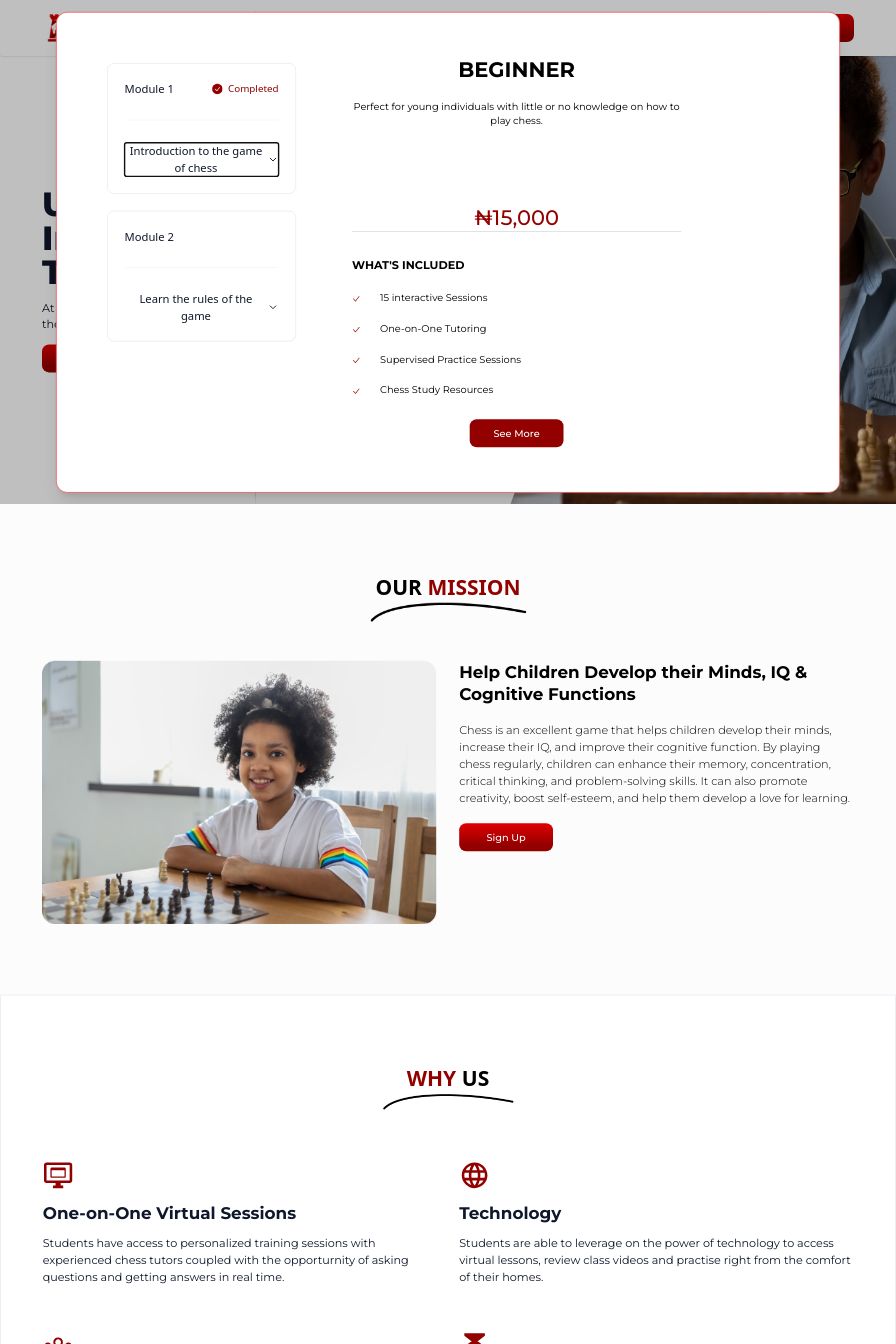
Repository: CelestinaUwajeh/chess-champ-fe
Page: /, after clicking the first element matching `button.w-\[134px\]`
An editor plug-in stored every save of this project. The page is shown before and after the next save, followed by the edit.
The browser window is 1280 px wide. The pictures show the part of the page from y = 0 to 1920 px (the page is 4303 px tall), at 70% of full size.
The project was rebuilt for these pictures with package versions that can differ from the ones it lists, and the page was loaded fresh each time. The framework's server and built-in components were replaced by stand-ins that run in the browser. Also part of the build but not shown: next.config.js, app/(dashboard)/parent/child/[id]/progress/highlight.tsx, app/(dashboard)/parent/child/[id]/progress/attendance.tsx, components/ui/progress.tsx, app/(dashboard)/parent/child/[id]/progress/percentage.tsx, app/(dashboard)/parent/child/[id]/progress/points.tsx, app/(dashboard)/parent/child/[id]/progress/page.tsx.

Above is the page before, as saved 2023-08-09 22:01:16.

### app/layout.tsx
import "./globals.css";
import "slick-carousel/slick/slick.css";
import "slick-carousel/slick/slick-theme.css";

export const metadata = {
  title: "Chess Champs",
  description: "Learn to play chess",
};

export default function RootLayout({
  children,
}: {
  children: React.ReactNode;
}) {
  return (
    <html lang="en">
      <body>{children}</body>
    </html>
  );
}

### app/(public)/layout.tsx
import Navigator from "./navigator";
import Footer from "./footer";

export const metadata = {
  title: "Chess Champs",
  description: "Learn to play chess",
};

export default function PublicLayout({
  children,
}: {
  children: React.ReactNode;
}) {
  return (
    <main>
      <Navigator />
      {children}
      <Footer />
    </main>
  );
}

### app/(public)/navigator/index.tsx
"use client";

import Image from "next/image";
import Link from "next/link";
import { AiOutlineClose, AiOutlineMenu } from "react-icons/ai";
import { useState } from "react";

import { usePageOnScroll } from "@/hooks/usePageOnScroll";
import logo from "/public/logo.png";
import NavLinks from "./links";
import AppButton from "@/components/button";
import MobileNav from "./mobile-nav";

const Navigator = () => {
  const scrolling = usePageOnScroll();
  const [showMenu, setShowMenu] = useState(false);

  return (
    <nav
      className={`flex justify-between items-center px-3 lg:px-[60px] h-14 rounded bg-white lg:h-20 sticky right-0 left-0 top-0 z-30 ${
        scrolling ? "shadow-lg" : "shadow"
      }`}
    >
      <Link href={"/"}>
        <Image src={logo} alt="AjoCard Logo" className="h-7 w-auto lg:h-auto" />
      </Link>
      <MobileNav showMenu={showMenu} setShowMenu={setShowMenu} />

      <NavLinks />

      <div
        onClick={() => setShowMenu(!showMenu)}
        className="lg:hidden cursor-pointer"
      >
        {!showMenu ? (
          <AiOutlineMenu size="1.5em" />
        ) : (
          <AiOutlineClose size="1.5em" />
        )}
      </div>

      <div className="hidden lg:flex items-center gap-5">
        <Link href={"/signin"} className="text-main no-underline font-medium">
          Login
        </Link>
        <AppButton
          isLink
          to={`/signup`}
          size="medium"
          variant="primary"
          width="w-[97px]"
        >
          Sign Up
        </AppButton>
      </div>
    </nav>
  );
};

export default Navigator;

### app/(public)/footer/index.tsx
"use client";

import React from "react";
import Link from "next/link";

import { navLinks } from "../navigator/links";
import { socials } from "./socials";

const Footer = () => {
  return (
    <footer className=" bg-footerGrey pt-20 pb-9 px-3 lg:px-[60px] font-mont">
      <div className="flex flex-col lg:flex-row lg:items-center justify-between gap-6 lg:gap-0 mb-3">
        <div className="flex-1 grid grid-cols-2 lg:flex items-center gap-6 lg:gap-12">
          {navLinks.map((link) => (
            <Link
              key={link.name}
              href={link.link}
              className="capitalize font-medium hover:text-main transition-all"
            >
              {link.name}
            </Link>
          ))}
        </div>
        <div className="flex items-center gap-12">
          {socials.map((social) => (
            <a key={social.link} href={social.link}>
              {social.icon}
            </a>
          ))}
        </div>
      </div>
      <div className="h-[1px] w-full bg-[#CAC3B3]"></div>
      <div className="flex flex-col 2xl:flex-row mt-20">
        <div className="flex-1 flex justify-center 2xl:justify-start items-center gap-12 text-main">
          <Link href="/terms">Terms of Service</Link>
          <Link href="/terms">Privacy Policy</Link>
        </div>
        <small className="text-sm text-center 2xl:text-start mt-4">
          &copy; {new Date().getFullYear()} Chess Champs. All rights reserved.
        </small>
      </div>
    </footer>
  );
};

export default Footer;

### components/hero/index.tsx
import Image, { StaticImageData } from "next/image";
import AppButton from "../button";

interface PropType {
  data: {
    image: string;
    smImageSrc: StaticImageData;
    header: string;
    description: string;
    link?: {
      href: string;
      text: string;
    };
  };
}

const Hero = ({ data }: PropType) => {
  const {
    image,
    header,
    description,
    smImageSrc,
    link: { href, text } = { href: "", text: "" },
  } = data || {};

  return (
    <section className="">
      <div
        className={`bg-white ${image} hero lg:bg-[length:auto_100%] xl:bg-[length:55%_100%] bg-no-repeat bg-right pt-11 lg:pt-0 lg:h-[calc(100vh-80px)] overflow-hidden`}
      >
        <div className="h-full flex flex-col justify-center lg:max-w-xl xl:max-w-2xl px-3 xl:pr-0 xl:pl-[60px] gap-4 z-20 relative">
          <h1 className="font-mont font-extrabold  text-4xl lg:text-5xl">
            {header}
          </h1>
          <p className="font-mont text-sm lg:text-base">{description}</p>
          {href ? (
            <AppButton
              isLink
              to={href}
              size="medium"
              width="w-[134px]"
              variant="primary"
            >
              {text}
            </AppButton>
          ) : null}
        </div>
      </div>
      <Image
        src={smImageSrc}
        alt="image"
        className=" w-full h-auto lg:hidden"
      />
    </section>
  );
};

export default Hero;

### components/mission-section/index.tsx
import Image, { StaticImageData } from "next/image";
import AppButton from "../button";

interface PropType {
  data: {
    image: StaticImageData;
    header: string;
    text: string[];
    founder?: {
      name: string;
      title: string;
    };
    hasButton?: {
      text: string;
      url: string;
    };
  };
}

const MissionSection = ({
  data: { image, header, text, founder, hasButton },
}: PropType) => {
  return (
    <div className="flex flex-col lg:flex-row gap-8 justify-center">
      <Image src={image} alt="image" className="flex-1" />
      <div className="flex-1">
        <h3 className="font-mont font-semibold text-lg lg:text-2xl mb-6 text-black">
          {header}
        </h3>
        <div className="flex flex-col gap-4 font-mont text-sm lg:text-base">
          {text.map((item, index) => {
            return (
              <p className="font-light text-black" key={index}>
                {item}
              </p>
            );
          })}
        </div>
        <>
          {founder && (
            <p className="mt-6">
              <span className="font-bold font-mont">{founder.name}</span>{" "}
              <span className="font-light">{founder.title}</span>
            </p>
          )}
        </>
        {hasButton && (
          <div className="mt-6">
            <AppButton
              isLink
              size="medium"
              variant="primary"
              width="w-[134px]"
              to={hasButton.url}
            >
              {hasButton.text}
            </AppButton>
          </div>
        )}
      </div>
    </div>
  );
};

export default MissionSection;

### components/page-section_header/index.tsx
import Image, { StaticImageData } from "next/image";
import stroke from "/public/stroke.png";

interface PropType {
  data: {
    leftText: string;
    rightText?: string;
    sideToColor?: "left" | "right";
    strokeWidth?: string;
    extraStyles?: string;
    icon?: StaticImageData;
  };
}

const PageSectionHeader = ({
  data: {
    leftText,
    rightText = "",
    sideToColor = "left",
    strokeWidth = "w-auto",
    extraStyles = "",
    icon,
  },
}: PropType) => {
  return (
    <div
      className={`${extraStyles} flex items-center justify-center flex-col gap-1`}
    >
      <span className="flex items-center text-3xl text-black gap-2 uppercase font-bold">
        {icon ? <Image src={icon} alt={leftText} /> : null}
        <h3 className={`${sideToColor === "left" ? "text-main" : ""}`}>
          {leftText}
        </h3>
        <h3 className={`${sideToColor === "right" ? "text-main" : ""}`}>
          {rightText}
        </h3>
      </span>
      <Image src={stroke} alt="stroke" className={`${strokeWidth}`} />
    </div>
  );
};

export default PageSectionHeader;

### app/(public)/why-it-works.ts
import comp from "/public/comp.svg";
import medal from "/public/medal.svg";
import tech from "/public/tech.svg";
import comm from "/public/comm.svg";
import { ListCarPropType } from "@/components/list-card";

export const whyItWorks: ListCarPropType["data"]["items"] = [
  {
    listType: comp,
    header: "One-on-One Virtual Sessions",
    text: "Students have access to personalized training sessions with experienced chess tutors coupled with the opporturnity of asking questions and getting answers in real time.",
  },
  {
    listType: tech,
    header: "Technology",
    text: "Students are able to leverage on the power of technology to access virtual lessons, review class videos and practise right from the comfort of their homes.",
  },
  {
    listType: comm,
    header: "Community",
    text: "We are building a community where students can interact with one another over agame of chess from the comfort of their homes.",
  },
  {
    listType: medal,
    header: "Tournament",
    text: "Students have the opportunity to showcase their knowledge at the Chess Champs tournament.",
  },
];

### components/testimonial/demo-test.ts
import ngozi from "/public/ngozi.png";
import amaka from "/public/amaka.png";
import { StaticImageData } from "next/image";

export interface TestimonyTypes {
  name: string;
  testimony: string;
  image: StaticImageData;
}

export const testimonies: TestimonyTypes[] = [
  {
    name: "Tobi Oluwaseun",
    testimony:
      "Since i have started my child on chess lessons with Chess Champs, I have noticed a remarkable improvement in my child's level of reasoning. I see the delibrate act of thinking before speaking",
    image: ngozi,
  },
  {
    name: "Thelma Brown",
    testimony:
      "My daughter's level of concentration has greatly improved since enrolling her into the Chess Champs programme",
    image: amaka,
  },
];

### app/(public)/pricing-section.tsx
import PricingCard from "@/components/pricing-card";
import { PricingDto } from "./pricing";

interface PropType {
  data: PricingDto[];
}

const Pricing = ({ data }: PropType) => {
  return (
    <div className="inline-grid grid-cols-3 gap-10 lg:gap-[71px] auto-rows-[1fr]">
      {data.map((pricing) => (
        <div
          className="col-span-3 md:col-span-2 xl:col-span-1"
          key={pricing.name}
        >
          <PricingCard data={pricing} />
        </div>
      ))}
    </div>
  );
};

export default Pricing;

### app/(public)/pricing.ts
export interface PricingDto {
  name: string;
  description: string;
  price: string;
  perks: string[];
  link: string;
}

export const pricing: PricingDto[] = [
  {
    name: "Beginner",
    description:
      "Perfect for young individuals with little or no knowledge on how to play chess.",
    price: "15000",
    perks: [
      "15 interactive Sessions",
      "One-on-One Tutoring",
      "Supervised Practice Sessions",
      "Chess Study Resources",
    ],
    link: "/beginner",
  },
  {
    name: "Intermediate",
    description:
      "Students would be taught key concepts, tactics and forcing moves.",
    price: "25000",
    perks: [
      "20 interactive Sessions",
      "One-on-One Tutoring",
      "Supervised Practice Sessions",
      "Chess Study Resources",
      "Automatic Entry to Annual Tournament",
    ],
    link: "/intermediate",
  },
  {
    name: "Advanced",
    description:
      "Students would be taught how take complete control while playing chess with strategies like key openings, advanced tactics and endgame patterns.",
    price: "30000",
    perks: [
      "20 interactive Sessions",
      "One-on-One Tutoring",
      "Supervised Practice Sessions",
      "Chess Study Resources",
      "Automatic Entry to Annual Tournament",
      "10% discount on purchased chess items",
    ],
    link: "/advanced",
  },
];

### components/testimonial/index.tsx
"use client";

import Slider from "react-slick";
import { useMediaQuery } from "usehooks-ts";

import { TestimonyTypes } from "./demo-test";
import TestimonialCard from "./testimonial-card";

interface PropType {
  data: TestimonyTypes[];
}
const Testimonials = ({ data }: PropType) => {
  const matches = useMediaQuery("(min-width: 768px)");
  const settings = {
    customPaging: function (i: number) {
      return (
        <span>
          <div className="w-5 h-5 bg-lightGrey rounded-full"></div>
        </span>
      );
    },
    dots: true,
    infinite: true,
    speed: 500,
    slidesToShow: matches ? 2 : 1,
    slidesToScroll: 1,
    autoplay: true,
    autoplaySpeed: 2000,
    swipeToSlide: true,
    dotsClass: "slick-dots slick-thumb",
    className: "slick-div",
  };

  return (
    <div className="mt-12 mb-12">
      <Slider {...settings} className="">
        {data.map((testimony) => (
          <TestimonialCard key={testimony.name} data={testimony} />
        ))}
        {data.map((testimony) => (
          <TestimonialCard key={testimony.name} data={testimony} />
        ))}
      </Slider>
    </div>
  );
};

export default Testimonials;

### hooks/usePageOnScroll.ts
import { useScroll, useMotionValueEvent } from "framer-motion";
import { useState } from "react";

export const usePageOnScroll = () => {
  const [onScroll, setOnScroll] = useState(false);

  const { scrollY } = useScroll();

  useMotionValueEvent(scrollY, "change", (latest) => {
    if (onScroll) {
      if (latest > 0) return;
      return setOnScroll(latest > 0);
    }
    setOnScroll(latest > 0);
  });

  return onScroll;
};

### app/(public)/navigator/links.tsx
"use client";

import Link from "next/link";
import { usePathname } from "next/navigation";

export const navLinks = [
  {
    name: "About Us",
    link: "about",
  },
  {
    name: "Services",
    link: "services",
  },
  {
    name: "How it works",
    link: "how-it-works",
  },
  {
    name: "Tutors",
    link: "tutors",
  },
  {
    name: "Call For Sponsors",
    link: "sponsor",
  },
  {
    name: "Chess Items",
    link: "chess-items",
  },
  {
    name: "Contact Us",
    link: "contact-us",
  },
];
const NavLinks = () => {
  const pathname = usePathname();

  return (
    <div className="hidden lg:flex flex-col lg:flex-row items-start lg:items-center justify-center gap-4 lg:gap-8 font-mont">
      {navLinks.map((link) => {
        const isActive = pathname.endsWith(link.link);

        return (
          <Link
            href={link.link}
            key={link.name}
            className={`${
              isActive ? "text-main" : "text-black"
            } no-underline font-medium text-[15px] hover:text-main transition-all`}
          >
            {link.name}
          </Link>
        );
      })}
    </div>
  );
};

export default NavLinks;

### app/(public)/footer/socials.tsx
import { FiFacebook, FiTwitter, FiInstagram } from "react-icons/fi";

export const socials = [
  {
    link: "https://facebook.com",
    icon: <FiFacebook className="text-main w-6 h-auto" />,
  },
  {
    link: "https://instagram.com",
    icon: <FiInstagram className="text-main w-6 h-auto" />,
  },
  {
    link: "https://twitter.com",
    icon: <FiTwitter className="text-main w-6 h-auto" />,
  },
];

### components/testimonial/testimonial-card.tsx
import Image from "next/image";
import { TestimonyTypes } from "./demo-test";
import { Avatar, AvatarFallback } from "@/components/ui/avatar";

interface PropTypes {
  data: TestimonyTypes;
}

const TestimonialCard = ({ data }: PropTypes) => {
  const { image, name, testimony } = data || {};
  return (
    <div className="rounded-[20px] p-7 bg-lightGrey mx-3 min-h-[180px]">
      <span className="flex gap-4 items-center">
        <Avatar>
          <Image src={image} alt={"img"} />
          <AvatarFallback>{`${name[0]}`}</AvatarFallback>
        </Avatar>
        <span className="font-semibold">{name}</span>
      </span>
      <span className="mt-3">{testimony}</span>
    </div>
  );
};

export default TestimonialCard;

### utils/index.ts
import { toast } from "react-toastify";

export const formatCurrency = (
  number: number,
  { noDecimals }: { noDecimals: boolean }
) =>
  new Intl.NumberFormat("en-NG", {
    style: "currency",
    currency: "NGN",
    ...(noDecimals && { maximumFractionDigits: 0 }),
  }).format(number);

export const showToast = ({
  message,
  type,
}: {
  message: string;
  type: "error" | "success" | "warning" | "info" | "default" | "loading";
}) => {
  toast(message, {
    position: "top-right",
    autoClose: 5000,
    hideProgressBar: false,
    closeOnClick: true,
    pauseOnHover: true,
    draggable: true,
    progress: undefined,
    theme: "colored",
    type: type !== "loading" ? type : "default",
  });
};

### components/pricing-card/modal-content.tsx
import Module from "@/app/(dashboard)/parent/child/[id]/progress/module";
import { modules } from "@/app/(dashboard)/parent/child/[id]/progress/page";
import { PricingDto } from "@/app/(public)/pricing";
import PricingCard from ".";

interface PropType {
  data: PricingDto;
}

const ModalContent = ({ data }: PropType) => {
  return (
    <div className="flex w-[900px]">
      <div>
        <Module modules={modules} />
      </div>
      <div>
        <PricingCard data={data} />
      </div>
    </div>
  );
};

export default ModalContent;

### components/dialogue/index.tsx
import { Dialog, Transition } from "@headlessui/react";
import { Fragment, useState } from "react";

interface IPropType {
  open: boolean;
  setOpen: (value: boolean) => void;
  children: React.ReactNode;
  displayCloseIcon?: boolean;
  isOverlayActive?: boolean;
}

export default function Dialogue({
  open,
  setOpen,
  children,
  displayCloseIcon,
  isOverlayActive,
}: IPropType) {
  return (
    <Transition appear show={open} as={Fragment}>
      <Dialog as="div" className="relative z-50" onClose={setOpen}>
        <Transition.Child
          as={Fragment}
          enter="ease-out duration-300"
          enterFrom="opacity-0"
          enterTo="opacity-100"
          leave="ease-in duration-200"
          leaveFrom="opacity-100"
          leaveTo="opacity-0"
        >
          <div className="fixed inset-0 bg-black bg-opacity-25" />
        </Transition.Child>
        <div className="fixed inset-0 overflow-y-auto">
          <div className="flex min-h-full items-center justify-center p-4 text-center">
            <Transition.Child
              as={Fragment}
              enter="ease-out duration-300"
              enterFrom="opacity-0 scale-95"
              enterTo="opacity-100 scale-100"
              leave="ease-in duration-200"
              leaveFrom="opacity-100 scale-100"
              leaveTo="opacity-0 scale-95"
            >
              <Dialog.Panel className="min-w-[1120px] max-w-md transform overflow-hidden rounded-2xl bg-white p-6 text-left align-middle shadow-xl transition-all border border-red-500 border-solid">
                {children}
              </Dialog.Panel>
            </Transition.Child>
          </div>
        </div>
      </Dialog>
    </Transition>
  );
}

### components/ui/avatar.tsx
"use client";

import * as React from "react";
import * as AvatarPrimitive from "@radix-ui/react-avatar";

import { cn } from "@/lib/utils";

const Avatar = React.forwardRef<
  React.ElementRef<typeof AvatarPrimitive.Root>,
  React.ComponentPropsWithoutRef<typeof AvatarPrimitive.Root>
>(({ className, ...props }, ref) => (
  <AvatarPrimitive.Root
    ref={ref}
    className={cn(
      "relative flex h-10 w-10 shrink-0 overflow-hidden rounded-full",
      className
    )}
    {...props}
  />
));
Avatar.displayName = AvatarPrimitive.Root.displayName;

const AvatarImage = React.forwardRef<
  React.ElementRef<typeof AvatarPrimitive.Image>,
  React.ComponentPropsWithoutRef<typeof AvatarPrimitive.Image>
>(({ className, ...props }, ref) => (
  <AvatarPrimitive.Image
    ref={ref}
    className={cn("aspect-square h-full w-full", className)}
    {...props}
  />
));
AvatarImage.displayName = AvatarPrimitive.Image.displayName;

const AvatarFallback = React.forwardRef<
  React.ElementRef<typeof AvatarPrimitive.Fallback>,
  React.ComponentPropsWithoutRef<typeof AvatarPrimitive.Fallback>
>(({ className, ...props }, ref) => (
  <AvatarPrimitive.Fallback
    ref={ref}
    className={cn(
      "flex h-full w-full items-center justify-center rounded-full bg-muted",
      className
    )}
    {...props}
  />
));
AvatarFallback.displayName = AvatarPrimitive.Fallback.displayName;

export { Avatar, AvatarImage, AvatarFallback };

Loaded but not shown: lib/utils.ts (common file); tailwind.config.js (96 lines, source omitted); app/(public)/page.tsx (102 lines, source omitted); components/button/index.tsx (132 lines, source omitted); app/globals.css (120 lines, source omitted); components/pricing-card/index.tsx (66 lines, source omitted); components/ui/accordion.tsx (56 lines, source omitted); app/(public)/navigator/mobile-nav.tsx (68 lines, source omitted); app/(dashboard)/parent/child/[id]/progress/module.tsx (62 lines, source omitted); components/list-card/index.tsx (67 lines, source omitted)

After the next save:
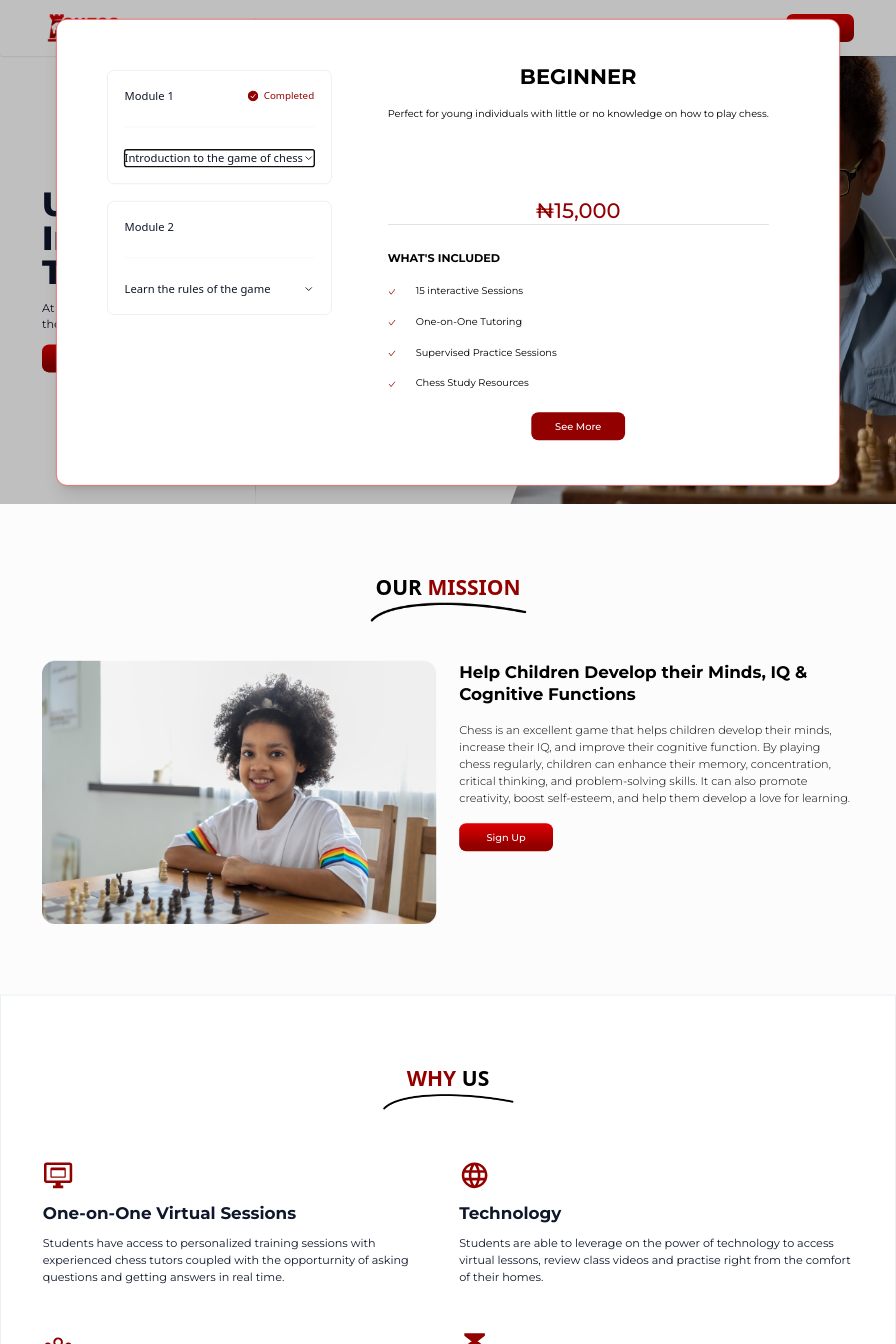
Saved 16 s later.
--- a/components/pricing-card/modal-content.tsx
+++ b/components/pricing-card/modal-content.tsx
@@ -9,7 +9,7 @@ interface PropType {
 
 const ModalContent = ({ data }: PropType) => {
   return (
-    <div className="flex w-[900px]">
+    <div className="flex w-full">
       <div>
         <Module modules={modules} />
       </div>
